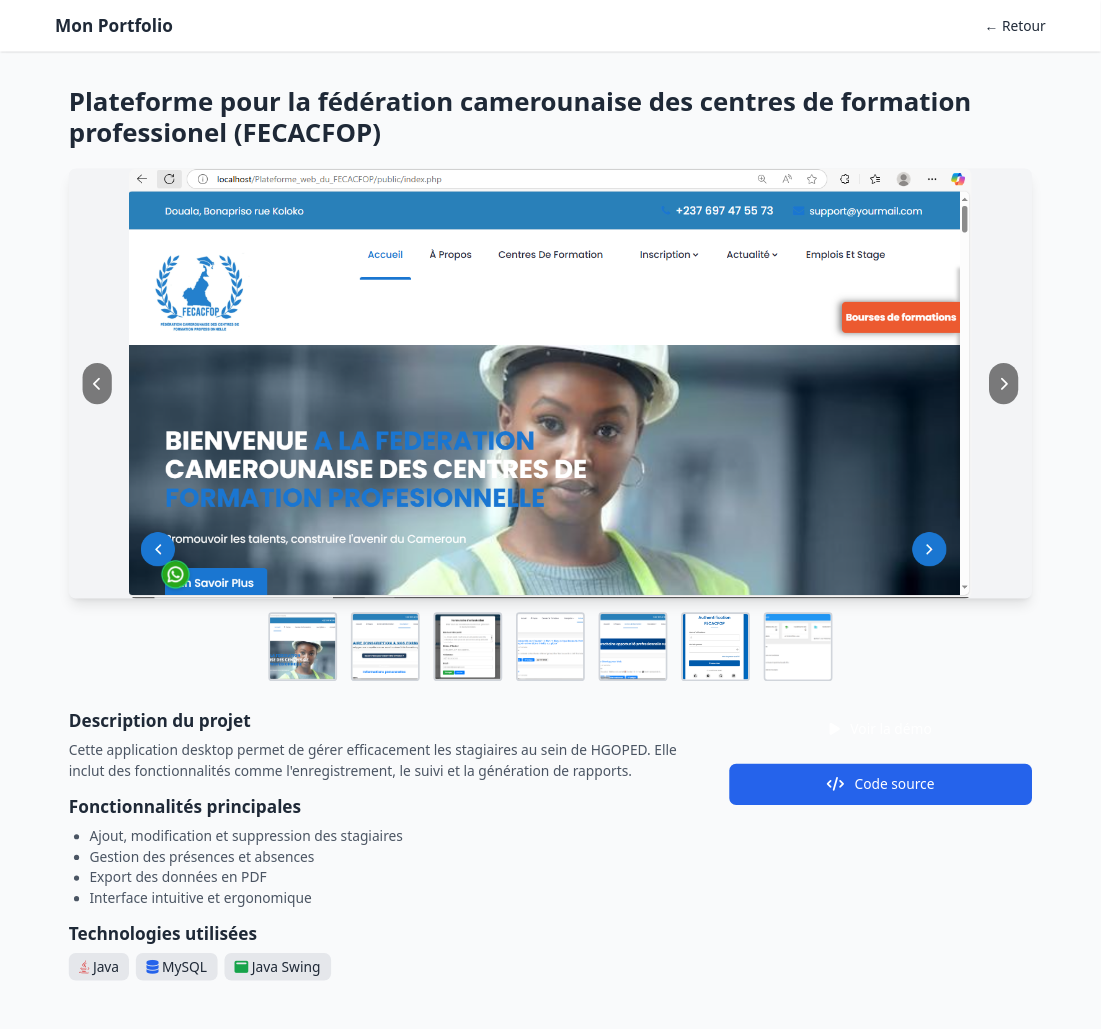
Repository: Edongo999/landry-portfolio
Page: projet-plateforme-web-FECACFOP.html
The author's editor kept a copy of each file at every save. The page is drawn from the files as they stood at one save, then again after the next save.
The browser window is 1280 px wide. The pictures show the whole page, at 86% of full size.
Some web libraries are served in a nearby version.

Above is the page before, as saved 2025-09-14 01:32:49.

After the next save:
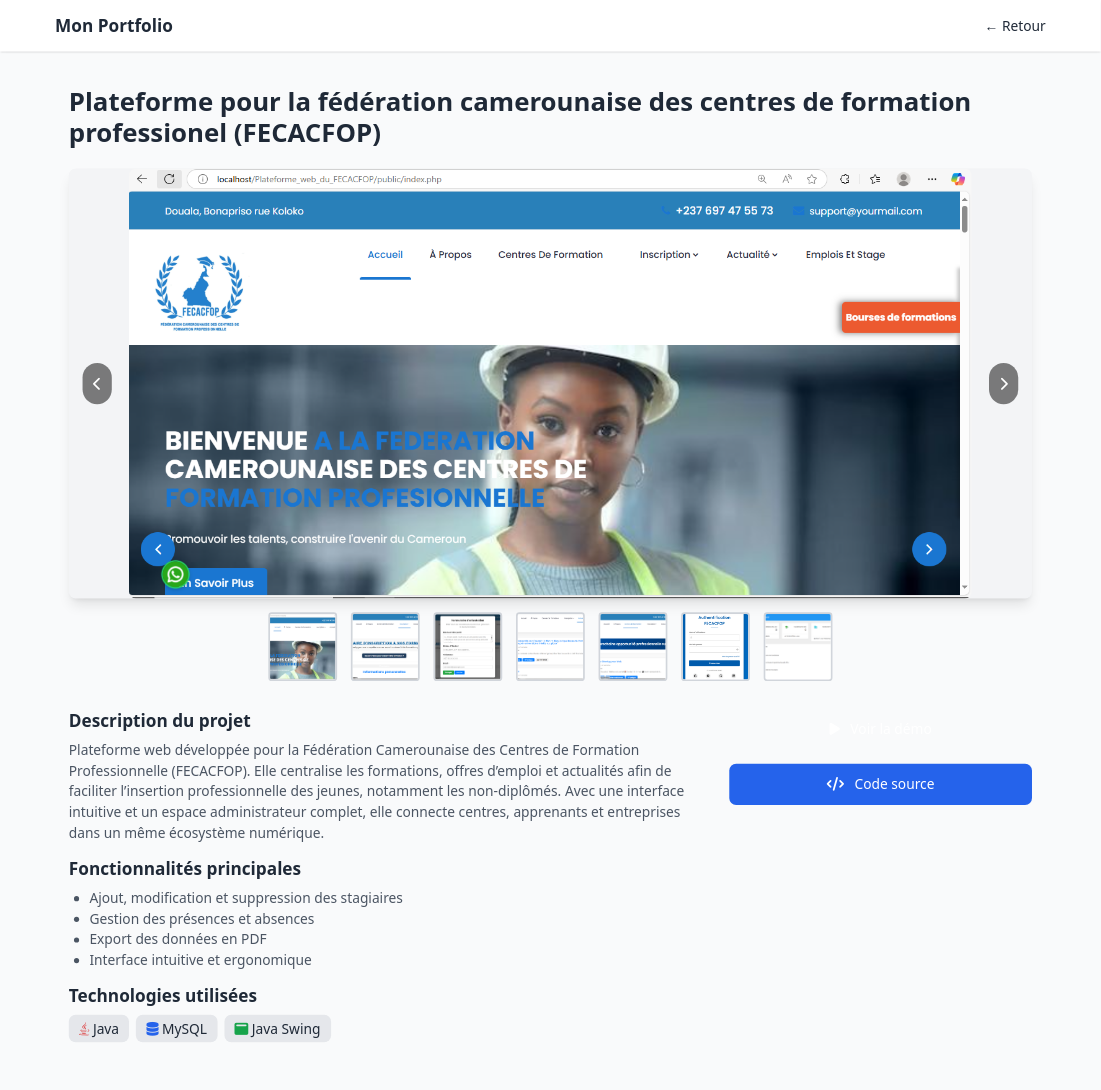
Saved 6 min 16 s later.
--- a/projet-plateforme-web-FECACFOP.html
+++ b/projet-plateforme-web-FECACFOP.html
@@ -51,8 +51,7 @@
       <div class="md:col-span-2">
         <h3 class="text-xl font-semibold mb-2">Description du projet</h3>
         <p class="text-gray-600 mb-4">
-          Cette application desktop permet de gérer efficacement les stagiaires au sein de HGOPED.
-          Elle inclut des fonctionnalités comme l'enregistrement, le suivi et la génération de rapports.
+          Plateforme web développée pour la Fédération Camerounaise des Centres de Formation Professionnelle (FECACFOP). Elle centralise les formations, offres d’emploi et actualités afin de faciliter l’insertion professionnelle des jeunes, notamment les non-diplômés. Avec une interface intuitive et un espace administrateur complet, elle connecte centres, apprenants et entreprises dans un même écosystème numérique.
         </p>
 
         <h3 class="text-xl font-semibold mb-2">Fonctionnalités principales</h3>
